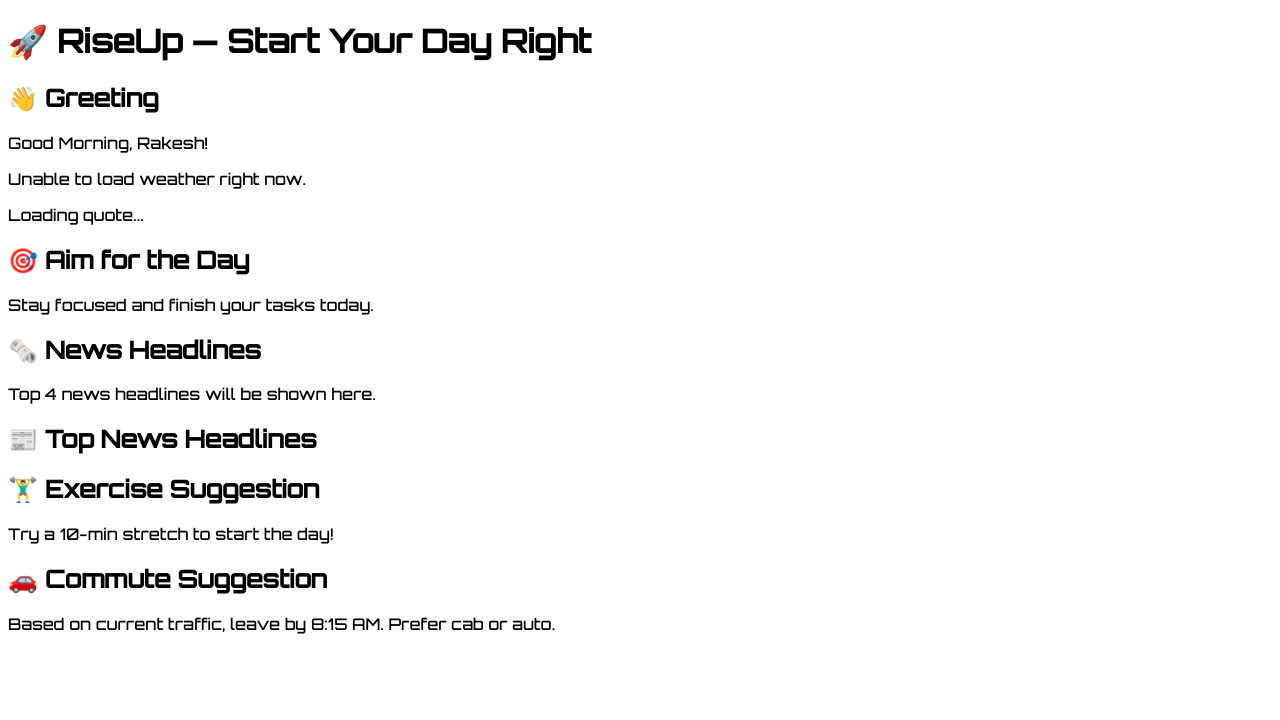
Repository: rakeshkumar1012/riseup
Page: /
An editor plug-in stored every save of this project. The page is shown before and after the next save, followed by the edit.
The browser window is 1280 px wide. The pictures show the whole page.
The page's requests for data from a server got no answer. The project was rebuilt for these pictures with package versions that can differ from the ones it lists, and the page was loaded fresh each time. No one was signed in, and anything a server would have sent is missing.

Above is the page before, as saved 2025-07-05 03:40:32.

### public/index.html
<!DOCTYPE html>
<html lang="en">
  <head>
    <meta charset="utf-8" />
    <link rel="icon" href="%PUBLIC_URL%/favicon.ico" />
    <meta name="viewport" content="width=device-width, initial-scale=1" />
    <meta name="theme-color" content="#000000" />
    <meta
      name="description"
      content="Web site created using create-react-app"
    />
    <link rel="apple-touch-icon" href="%PUBLIC_URL%/logo192.png" />
    <!--
      manifest.json provides metadata used when your web app is installed on a
      user's mobile device or desktop. See https://developers.google.com/web/fundamentals/web-app-manifest/
    -->
    <link rel="manifest" href="%PUBLIC_URL%/manifest.json" />
    <!--
      Notice the use of %PUBLIC_URL% in the tags above.
      It will be replaced with the URL of the `public` folder during the build.
      Only files inside the `public` folder can be referenced from the HTML.

      Unlike "/favicon.ico" or "favicon.ico", "%PUBLIC_URL%/favicon.ico" will
      work correctly both with client-side routing and a non-root public URL.
      Learn how to configure a non-root public URL by running `npm run build`.
    -->
      <link href="https://fonts.googleapis.com/css2?family=Orbitron:wght@500&display=swap" rel="stylesheet">

    <title>React App</title>
  </head>
  <body>
    <noscript>You need to enable JavaScript to run this app.</noscript>
    <div id="root"></div>
    <!--
      This HTML file is a template.
      If you open it directly in the browser, you will see an empty page.

      You can add webfonts, meta tags, or analytics to this file.
      The build step will place the bundled scripts into the <body> tag.

      To begin the development, run `npm start` or `yarn start`.
      To create a production bundle, use `npm run build` or `yarn build`.
    -->
  </body>
</html>

### src/index.css
/* src/index.css */
@tailwind base;
@tailwind components;
@tailwind utilities;

body {
  @apply bg-gradient-to-br from-[#0f0c29] via-[#302b63] to-[#24243e] text-white min-h-screen;
  font-family: 'Orbitron', sans-serif;
}


/*body {
  margin: 0;
  font-family: -apple-system, BlinkMacSystemFont, 'Segoe UI', 'Roboto', 'Oxygen',
    'Ubuntu', 'Cantarell', 'Fira Sans', 'Droid Sans', 'Helvetica Neue',
    sans-serif;
  -webkit-font-smoothing: antialiased;
  -moz-osx-font-smoothing: grayscale;
}*/

code {
  font-family: source-code-pro, Menlo, Monaco, Consolas, 'Courier New',
    monospace;
}

### src/App.js
import Weather from "./components/Weather";
import Quote from "./components/Quote";
import Task from "./components/Task";
import News from "./components/News";

function App() {
  return (
    <div className="min-h-screen flex flex-col justify-center items-center bg-gradient-to-br from-blue-950 via-gray-900 to-black text-white px-4 py-10">
      <h1 className="text-4xl font-bold mb-10 text-center text-cyan-300 animate-pulse">
        🚀 RiseUp — Start Your Day Right
      </h1>

      <div className="w-full max-w-4xl space-y-6">
        {/* Greeting */}
        <Section title="👋 Greeting" gradient="from-purple-500 to-pink-500">
          <p className="text-white/90">Good Morning, Rakesh!</p>
        </Section>

          <Weather />
          <Quote />

        {/* Daily Task */}
        <Section title="🎯 Aim for the Day" gradient="from-green-400 to-lime-500">
          <p className="text-white/90">Stay focused and finish your tasks today.</p>
          <Task />
        </Section>

        {/* News */}
        <Section title="🗞️ News Headlines" gradient="from-red-500 to-pink-600">
          <p className="text-white/90">Top 4 news headlines will be shown here.</p>
          <News/>
        </Section>

        {/* Exercise */}
        <Section title="🏋️‍♂️ Exercise Suggestion" gradient="from-indigo-500 to-purple-700">
          <p className="text-white/90">Try a 10-min stretch to start the day!</p>
        </Section>

        {/* Commute */}
        <Section title="🚗 Commute Suggestion" gradient="from-sky-500 to-blue-600">
          <p className="text-white/90">
            Based on current traffic, leave by 8:15 AM. Prefer cab or auto.
          </p>
        </Section>
      </div>
    </div>
  );
}

// Reusable Box Component
function Section({ title, gradient, children }) {
  return (
    <div
      className={`rounded-xl shadow-lg p-6 bg-gradient-to-r ${gradient} transition duration-300 hover:scale-[1.02]`}
    >
      <h2 className="text-2xl font-semibold mb-2">{title}</h2>
      <div className="text-lg">{children}</div>
    </div>
  );
}

export default App;

### src/components/Weather.js
import { useState, useEffect } from "react";

function Weather() {
  const [weather, setWeather] = useState(null);
  const [loading, setLoading] = useState(true);

  const API_KEY = "5095941ff89867f82f0a96500b2787cc"; // 🔁 replace with your real API key
  const CITY = "Hyderabad"; // or use navigator.geolocation for dynamic city

  useEffect(() => {
    async function fetchWeather() {
      try {
        const response = await fetch(
          `https://api.openweathermap.org/data/2.5/weather?q=${CITY}&appid=${API_KEY}&units=metric`
        );
        const data = await response.json();
        setWeather(data);
        setLoading(false);
      } catch (error) {
        console.error("Weather fetch error:", error);
        setLoading(false);
      }
    }

    fetchWeather();
  }, []);

  if (loading) return <p>Loading weather data...</p>;
  if (!weather || weather.cod !== 200)
    return <p>Unable to load weather right now.</p>;

  return (
    <div className="rounded-xl p-6 bg-gradient-to-r from-blue-400 to-cyan-500 shadow-lg transition hover:scale-[1.02] text-white">
      <h2 className="text-2xl font-semibold mb-2">🌤️ Weather</h2>
      <p className="text-lg">
        {weather.name}: {weather.weather[0].description}
      </p>
      <p className="text-lg">
        Temperature: {weather.main.temp}°C | Feels Like:{" "}
        {weather.main.feels_like}°C
      </p>
    </div>
  );
}

export default Weather;

### src/components/Quote.js
import { useEffect, useState } from "react";

function Quote() {
  const [quote, setQuote] = useState(null);

  useEffect(() => {
    async function fetchQuote() {
      try {
        const response = await fetch("https://zenquotes.io/api/random");
        const data = await response.json();
        setQuote(data[0]);
      } catch (error) {
        console.error("Quote fetch error:", error);
      }
    }

    fetchQuote();
  }, []);

  if (!quote) return <p>Loading quote...</p>;

  return (
    <div className="rounded-xl p-6 bg-gradient-to-r from-indigo-400 to-purple-500 shadow-lg transition hover:scale-[1.02] text-white">
      <h2 className="text-2xl font-semibold mb-2">💡 Motivational Quote</h2>
      <p className="italic text-lg">"{quote.q}"</p>
      <p className="text-sm mt-2 text-right">- {quote.a}</p>
    </div>
  );
}

export default Quote;

### src/components/Task.js
import { useEffect, useState } from "react";

function Task() {
  const [task, setTask] = useState(null);

  useEffect(() => {
    async function fetchTask() {
      try {
        const response = await fetch("https://www.boredapi.com/api/activity");
        const data = await response.json();
        setTask(data);
      } catch (error) {
        console.error("Task fetch error:", error);
      }
    }

    fetchTask();
  }, []);

  if (!task)
    return (
      <div className="rounded-xl p-6 bg-gradient-to-r from-green-400 to-lime-500 shadow-lg animate-pulse h-24 text-white">
        <div className="w-3/4 h-5 bg-white/30 mb-3 rounded"></div>
        <div className="w-1/2 h-4 bg-white/20 rounded"></div>
      </div>
    );

  return (
    <div className="rounded-xl p-6 bg-gradient-to-r from-green-400 to-lime-500 shadow-lg transition hover:scale-[1.02] text-white">
      <h2 className="text-2xl font-semibold mb-2">🧠 AIM for Today</h2>
      <p className="text-lg italic">{task.activity}</p>
      <p className="text-sm mt-2">Type: {task.type}</p>
    </div>
  );
}

export default Task;

### src/components/News.js
import { useEffect, useState } from "react";

function News() {
  const [articles, setArticles] = useState([]);
  const [loading, setLoading] = useState(true);

  const API_KEY = "99a3cecda0cd43adf2d5487bd37cee1b"; // replace this
  const API_URL = `https://gnews.io/api/v4/top-headlines?lang=en&country=in&max=4&apikey=${API_KEY}`;

  useEffect(() => {
    async function fetchNews() {
      try {
        const response = await fetch(API_URL);
        const data = await response.json();
        setArticles(data.articles || []);
      } catch (err) {
        console.error("Failed to fetch news:", err);
      } finally {
        setLoading(false);
      }
    }

    fetchNews();
  }, []);

  if (loading) {
    return (
      <div className="bg-gradient-to-r from-amber-400 to-yellow-500 rounded-xl p-6 shadow-lg animate-pulse h-44 text-white">
        <div className="w-1/2 h-6 bg-white/30 mb-3 rounded"></div>
        <div className="w-3/4 h-4 bg-white/20 mb-1 rounded"></div>
        <div className="w-2/3 h-4 bg-white/20 rounded"></div>
      </div>
    );
  }

  return (
    <div className="rounded-xl p-6 bg-gradient-to-r from-amber-400 to-yellow-500 text-white shadow-lg transition hover:scale-[1.02]">
      <h2 className="text-2xl font-semibold mb-4">📰 Top News Headlines</h2>
      <ul className="space-y-3">
        {articles.map((article, idx) => (
          <li key={idx}>
            <a
              href={article.url}
              target="_blank"
              rel="noopener noreferrer"
              className="block text-lg hover:underline"
            >
              {idx + 1}. {article.title}
            </a>
          </li>
        ))}
      </ul>
    </div>
  );
}

export default News;

Loaded but not shown: src/index.js (common file); src/reportWebVitals.js (common file)

After the next save:
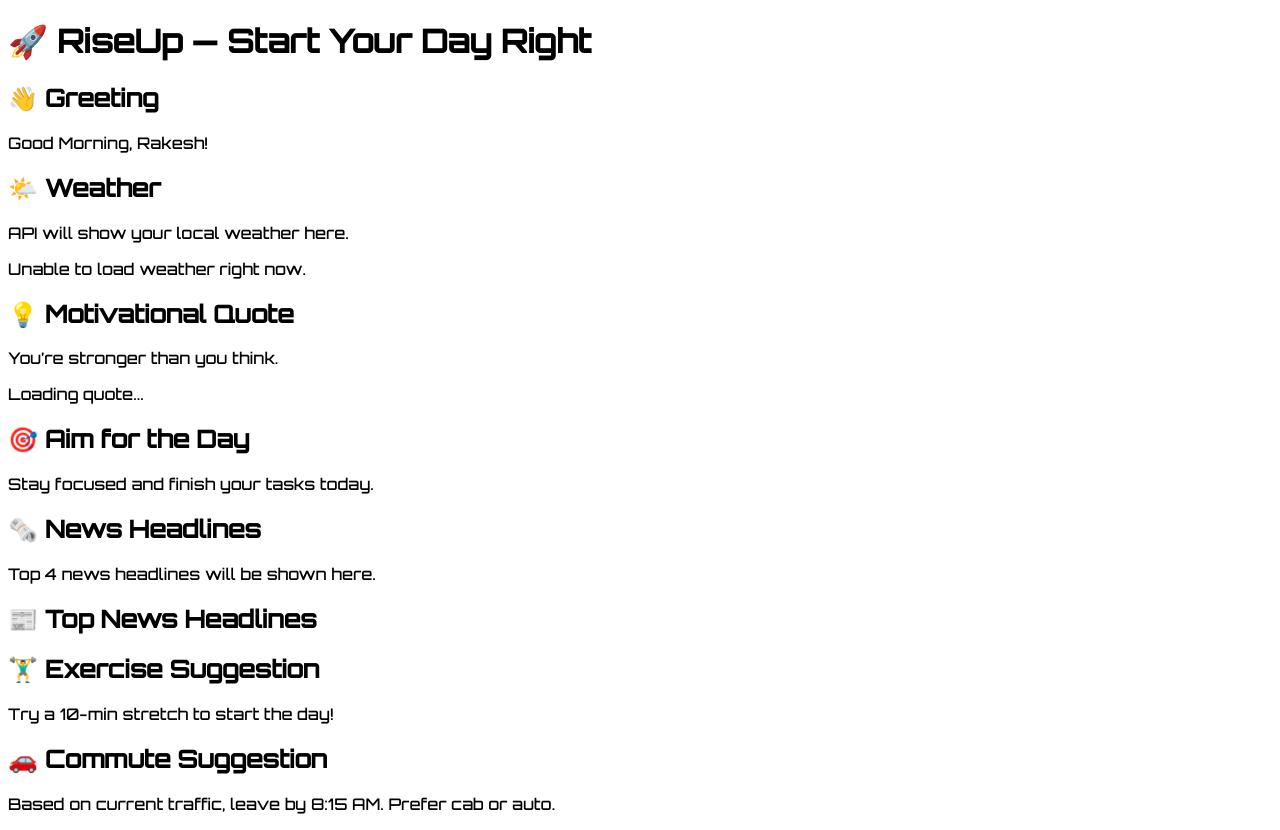
Saved 2 min 34 s later.
--- a/src/App.js
+++ b/src/App.js
@@ -16,8 +16,20 @@ function App() {
           <p className="text-white/90">Good Morning, Rakesh!</p>
         </Section>
 
+
+
+        {/* Weather */}
+        <Section title="🌤️ Weather" gradient="from-blue-400 to-cyan-500">
+
+          <p className="text-white/90">API will show your local weather here.</p>
           <Weather />
+        </Section>
+
+        {/* Quote */}
+        <Section title="💡 Motivational Quote" gradient="from-yellow-400 to-orange-500">
+          <p className="text-white/90">You’re stronger than you think.</p>
           <Quote />
+        </Section>
 
         {/* Daily Task */}
         <Section title="🎯 Aim for the Day" gradient="from-green-400 to-lime-500">
@@ -34,6 +46,7 @@ function App() {
         {/* Exercise */}
         <Section title="🏋️‍♂️ Exercise Suggestion" gradient="from-indigo-500 to-purple-700">
           <p className="text-white/90">Try a 10-min stretch to start the day!</p>
+
         </Section>
 
         {/* Commute */}
